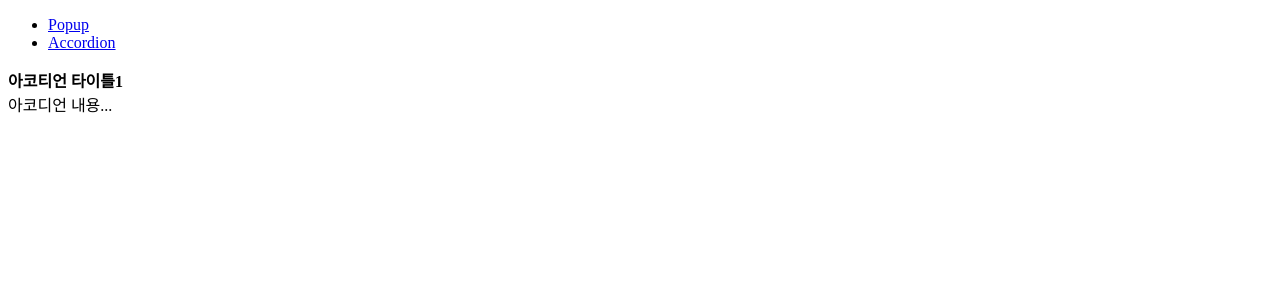
Repository: greeda/UIComponents
Page: src/html/index.html
An editor plug-in stored every save of this project. The page is shown before and after the next save, followed by the edit.
The browser window is 1280 px wide. The pictures show the whole page.

Above is the page before, as saved 2023-10-16 04:24:24.

### src/html/index.html
<!DOCTYPE html>
<html lang="ko">
<head>
  <meta charset="UTF-8">
  <meta name="viewport" content="width=device-width, initial-scale=1.0">
  <title>Document</title>
</head>
<body>
  <div id="wrap">
    <div id="container">
      <header id="header">

      </header>
      <nav class="nav">
        <ul class="nav-list">
          <li>
            <a href="#">Popup</a>
          </li>
          <li>
            <a href="#">Accordion</a>
          </li>
        </ul>
      </nav>
      <div class="contents">
        <div class="contents-inner">
          <div class="ui-accordion">
      <div class="accordion-header-info">
        <strong class="title">아코티언 타이틀1</strong>
        <i class="ico-arr" aria-hidden="true"></i>
      </div>
      <div class="accordion-contents-info">
        <div class="accordion-contents-inner">
          아코디언 내용...
        </div>
      </div>
    </div>
        </div>
      </div>
    </div>
  </div>
</body>
</html>

After the next save:
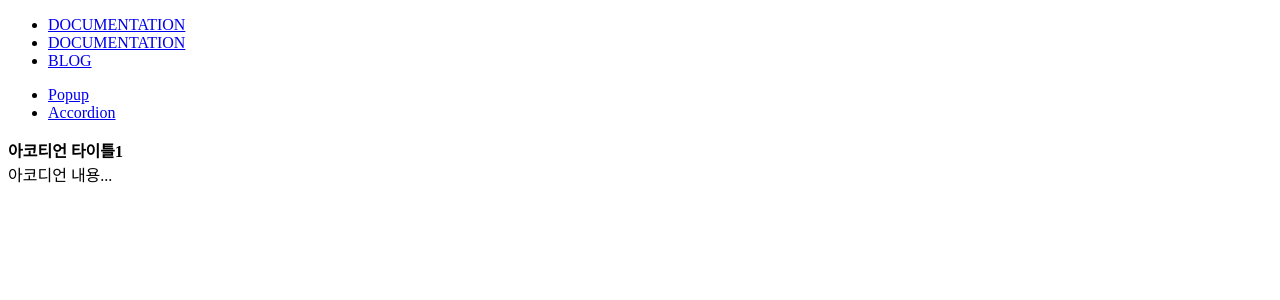
Saved 58 s later.
--- a/src/html/index.html
+++ b/src/html/index.html
@@ -9,7 +9,19 @@
   <div id="wrap">
     <div id="container">
       <header id="header">
-
+        <nav class="header-nav">
+          <ul class="header-nav-list">
+            <li>
+              <a href="#">DOCUMENTATION</a>
+            </li>
+            <li>
+              <a href="#">DOCUMENTATION</a>
+            </li>
+            <li>
+              <a href="#">BLOG</a>
+            </li>
+          </ul>
+        </nav>
       </header>
       <nav class="nav">
         <ul class="nav-list">
@@ -24,16 +36,16 @@
       <div class="contents">
         <div class="contents-inner">
           <div class="ui-accordion">
-      <div class="accordion-header-info">
-        <strong class="title">아코티언 타이틀1</strong>
-        <i class="ico-arr" aria-hidden="true"></i>
-      </div>
-      <div class="accordion-contents-info">
-        <div class="accordion-contents-inner">
-          아코디언 내용...
-        </div>
-      </div>
-    </div>
+            <div class="accordion-header-info">
+              <strong class="title">아코티언 타이틀1</strong>
+              <i class="ico-arr" aria-hidden="true"></i>
+            </div>
+            <div class="accordion-contents-info">
+              <div class="accordion-contents-inner">
+                아코디언 내용...
+              </div>
+            </div>
+          </div>
         </div>
       </div>
     </div>
